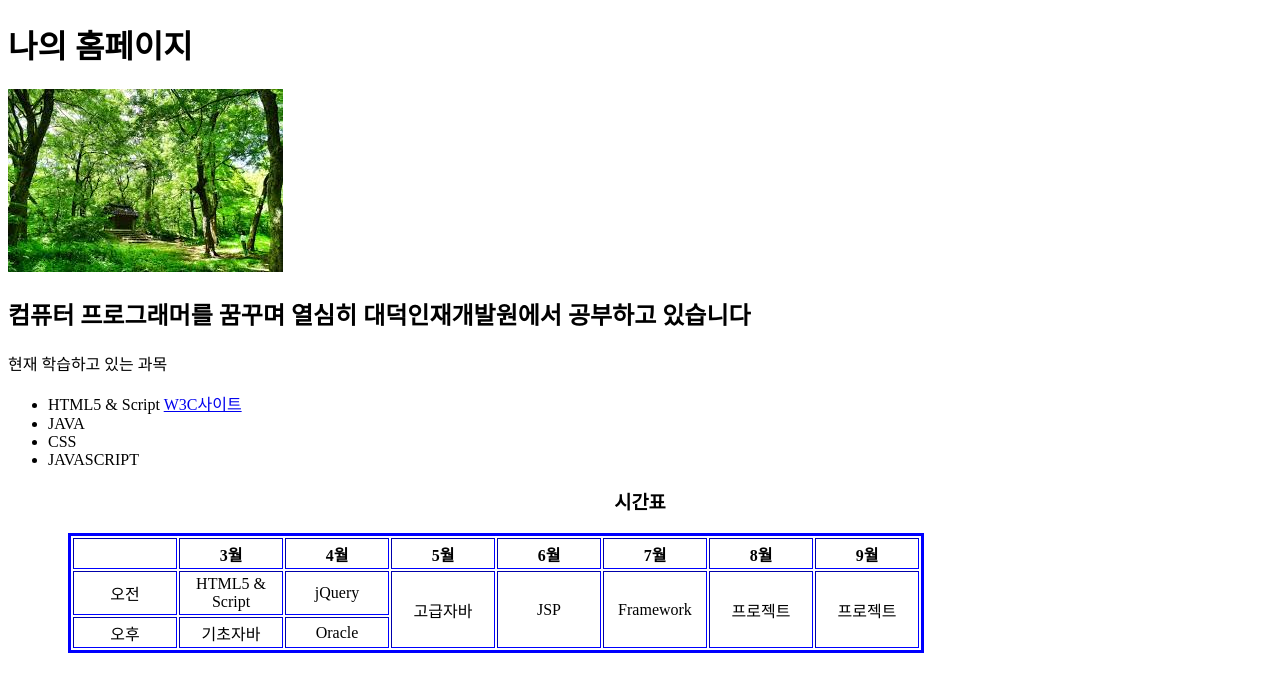
Repository: solsol7/ddit-html
Page: webpro/WebContent/0622/0622homework.html
The author's editor kept a copy of each file at every save. The page is drawn from the files as they stood at one save, then again after the next save.
The browser window is 1280 px wide. The pictures show the whole page.

Above is the page before, as saved 2023-06-22 11:08:50.

### webpro/WebContent/0622/0622homework.html
<!DOCTYPE html>
<html>
<head>
<meta charset="UTF-8">
<title>Insert title here</title>

<style>
h3{
	text-align: center;
}

table{
	height : 120px;
	border : solid blue 3px;
	margin-left : 60px;
	text-align: center;
}

td{
	width : 100px;
}

</style>

</head>
<body>

<h1> 나의 홈페이지 </h1>

<image src="../images/숲11.jpg">

<h2>컴퓨터 프로그래머를 꿈꾸며 열심히 대덕인재개발원에서 공부하고 있습니다</h2>


 현재 학습하고 있는 과목
 <ul>
 	<li>HTML5 & Script <a href="https://www.w3schools.com" target="_blank">W3C사이트</a></li>
 	<li>JAVA</li>
 	<li>CSS</li>
 	<li>JAVASCRIPT</li>
 </ul>
<h3>시간표</h3>

<table border="1">
	<tr>
		<th></th>
		<th>3월</th>
		<th>4월</th>
		<th>5월</th>
		<th>6월</th>
		<th>7월</th>
		<th>8월</th>
		<th>9월</th>
	</tr>

	<tr>
		<td>오전</td>
		<td>HTML5 & Script</td>
		<td>jQuery</td>
		<td rowspan="2">고급자바</td>
		<td rowspan="2">JSP</td>
		<td rowspan="2">Framework</td>
		<td rowspan="2">프로젝트</td>
		<td rowspan="2">프로젝트</td>
	</tr>

	<tr>
		<td>오후</td>
		<td>기초자바</td>
		<td>Oracle</td>
	</tr>


</table>



</body>
</html>

After the next save:
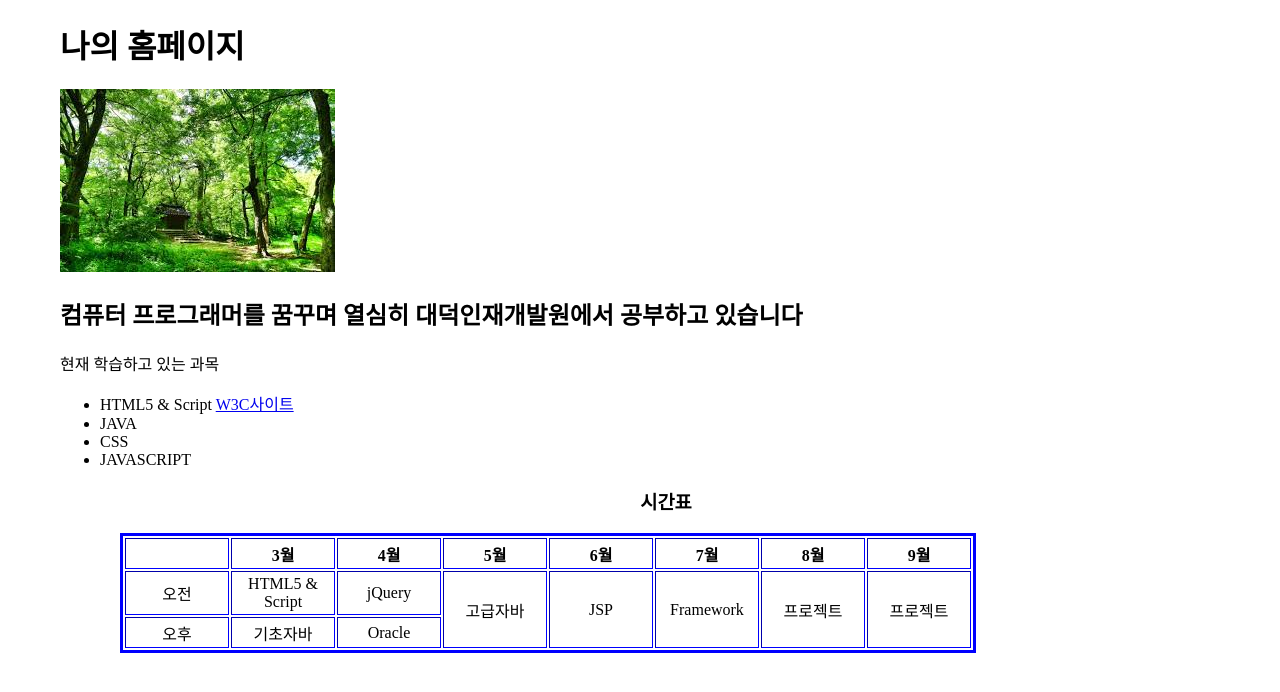
Saved 63 s later.
--- a/webpro/WebContent/0622/0622homework.html
+++ b/webpro/WebContent/0622/0622homework.html
@@ -5,6 +5,10 @@
 <title>Insert title here</title>
 
 <style>
+body{
+	margin-left: 60px;
+}
+
 h3{
 	text-align: center;
 }
